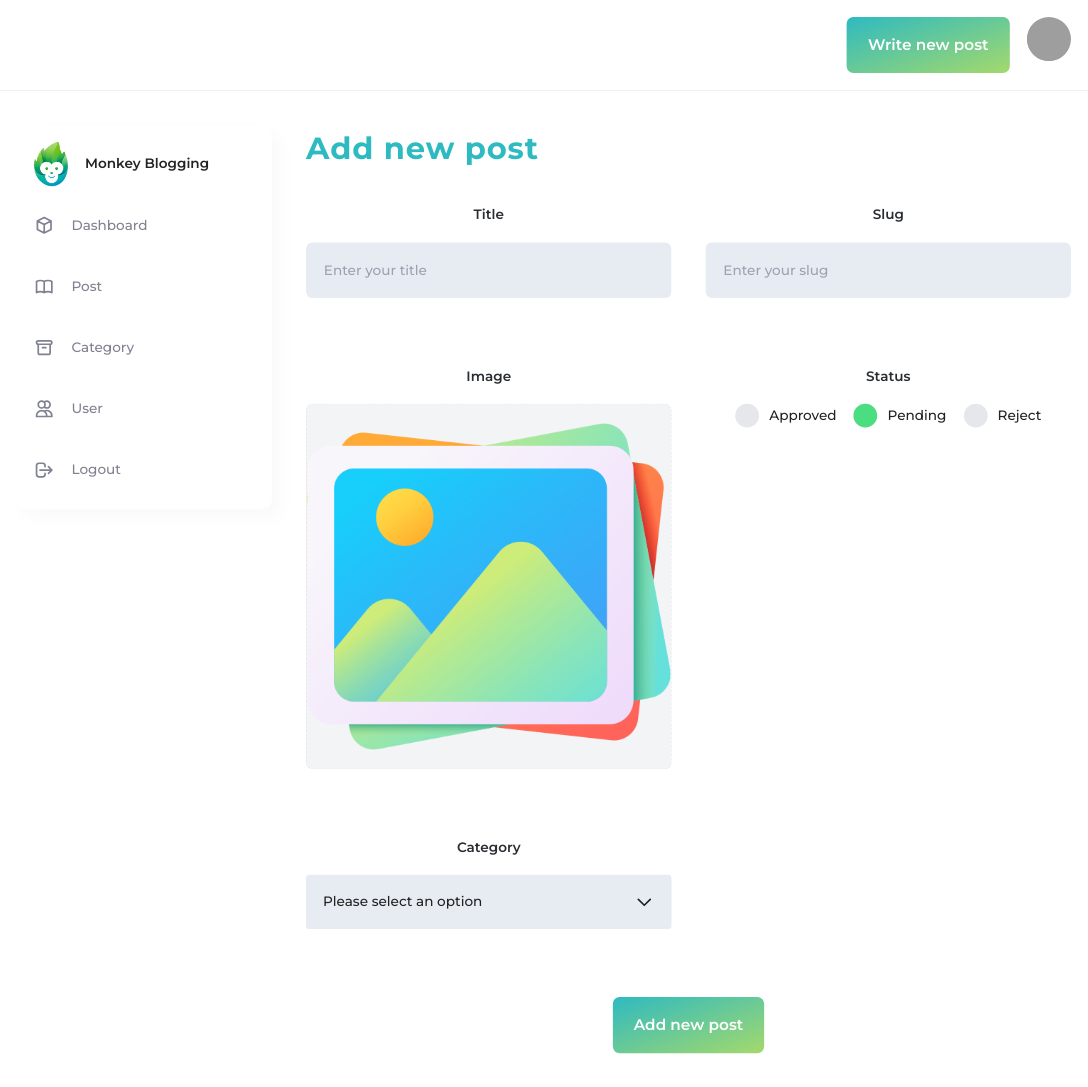
Repository: ThanhPhongsof/react-course-projects
Page: /manage/add-post (app in react-monkey-bloging/)
These files come from the project's save history. The page is drawn as it stood at one moment and after the next save; the edit follows.
The browser window is 1280 px wide. The pictures show the whole page, at 85% of full size.
Pictures or frames that could not be fetched are drawn as grey boxes. The project was rebuilt for these pictures with package versions that can differ from the ones it lists, and the page was loaded fresh each time. Also part of the build but not shown: react-monkey-bloging/src/page/AuthenticationPage.js, react-monkey-bloging/src/components/icon/IconEyeOpen.js, react-monkey-bloging/src/components/icon/IconEyeClose.js, react-monkey-bloging/src/components/icon/index.js, react-monkey-bloging/src/components/input/InputPasswordToggle.js, react-monkey-bloging/src/page/SignUpPage.js, react-monkey-bloging/src/page/SignInPage.js, react-monkey-bloging/src/components/layout/Header.js and 21 more. Imported but missing from the stored project, and not drawn on this page: react-monkey-bloging/src/components/loading/LoadingSpinner, react-monkey-bloging/src/module/post/PostMeta.

Above is the page before, as saved 2022-05-09 09:12:16.

After the next save:
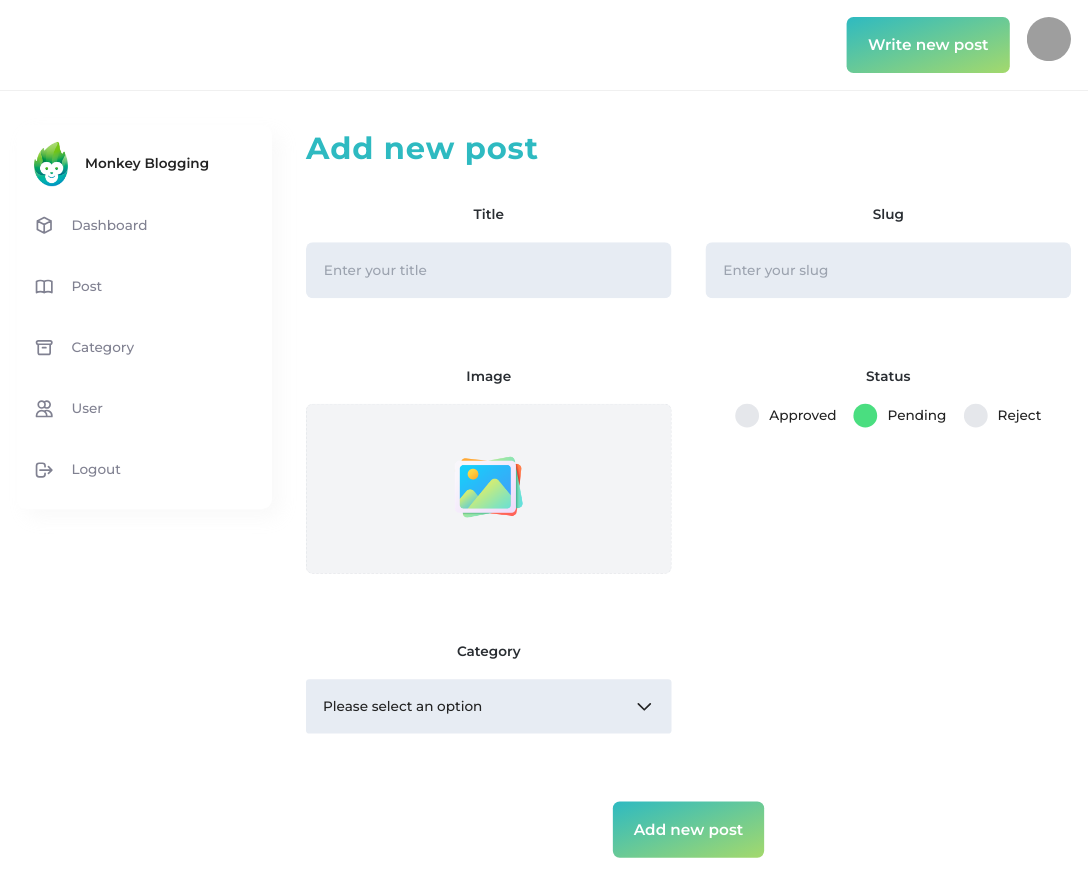
Saved 2 min 33 s later.
--- a/react-monkey-bloging/src/components/image/ImageUpload.js
+++ b/react-monkey-bloging/src/components/image/ImageUpload.js
@@ -14,7 +14,7 @@ const ImageUploadStyles = styled.label`
   overflow: hidden;
   border-radius: 8px;
   cursor: pointer;
-  image {
+  .image {
     &-display {
       display: flex;
       flex-direction: column;
